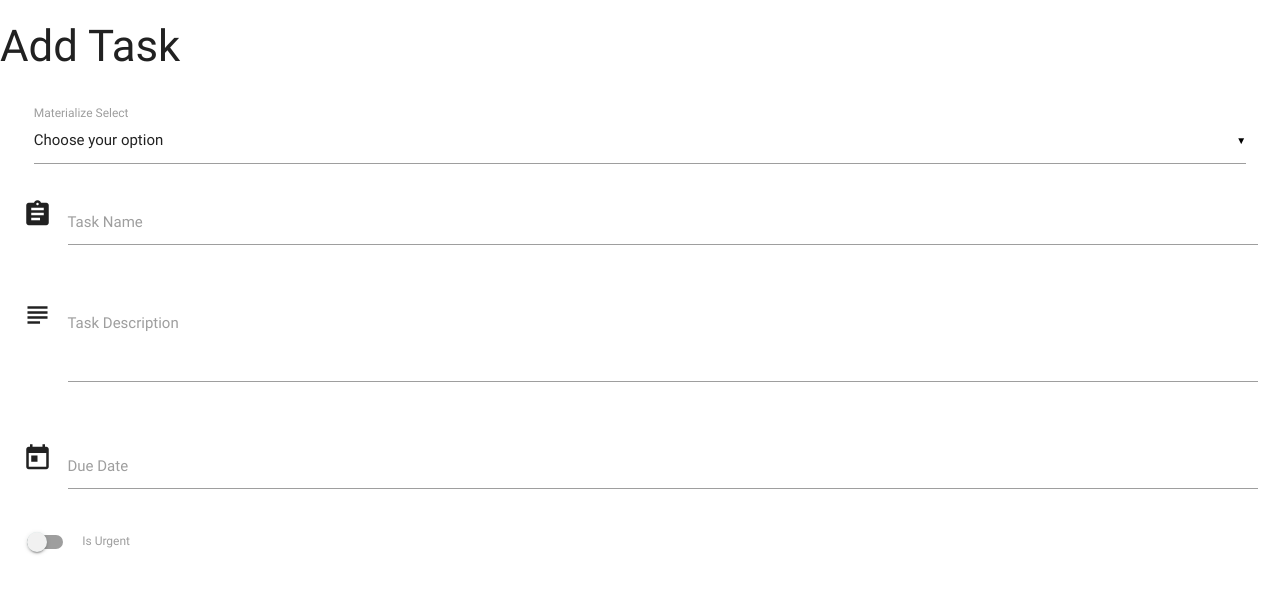
Repository: DanielJMaia/task-manager-minip
Page: http://localhost/add_task
The author's editor kept a record of every edit. The page is drawn from the files as they stood at one moment, then again after the next edit.
The browser window is 1280 px wide. The pictures show the whole page.
Some web libraries are served in a nearby version. The page is served by the project's application, run on Flask 3 (app.py).

Above is the page before.

### templates/addtask.html
{% extends 'base.html' %} {% block content %}
<h3>Add Task</h3>
<div class="row">
    <form action="" method="POST" class="col s12">
        <div class="row">
            <div class="row">
                <div class="input-field col s12">
                    <div class="input-field col s12">
    <select>
      <option value="" disabled selected>Choose your option</option>
      <option value="1">Option 1</option>
      <option value="2">Option 2</option>
      <option value="3">Option 3</option>
    </select>
    <label>Materialize Select</label>
        </div>
            </div>
            <div class="input-field col s12">
                <i class="material-icons prefix">assignment</i>
                <input id="task_name" name="task_name" type="text">
                <label for="icon_prefix">Task Name</label>
            </div>
        </div>
        <div class="row">
            <div class="input-field col s12">
                <i class="material-icons prefix">subject</i>
                <textarea name="task_description" id="task_description" class="materialize-textarea"></textarea>
                <label for="icon_telephone">Task Description</label>
            </div>
        </div>
        <div class="row">
            <div class="input-field col s12" id="matfix">
                <i class="material-icons prefix">today</i>
                <input id="due_date" name="due_date" type="text" class="datepicker">
                <label for="icon_prefix">Due Date</label>
            </div>
        </div>
        <div class="row">
            <div class="switch">
                <label>
                  <input id="is_urgent" name="is_urgent" type="checkbox">
                  <span class="lever"></span>
                  Is Urgent
                </label>
            </div>
        </div>
    </form>
</div>

{% endblock %}

### templates/base.html
<!DOCTYPE html>
<html>

<head>
    <link href="https://fonts.googleapis.com/icon?family=Material+Icons" rel="stylesheet">
    <link rel="stylesheet" href="https://cdnjs.cloudflare.com/ajax/libs/materialize/0.100.2/css/materialize.min.css">
</head>

<body>
    {% block content %} {% endblock %}

    <script src="https://cdnjs.cloudflare.com/ajax/libs/jquery/3.2.1/jquery.min.js"></script>
    <script src="https://cdnjs.cloudflare.com/ajax/libs/materialize/0.100.2/js/materialize.min.js"></script>
    <script type="text/javascript">
        $(document).ready(function() {
            $('.collapsible').collapsible();
            $('select').material_select();
        });
        $('.datepicker').pickadate({
            selectMonths: true, // Creates a dropdown to control month
            selectYears: 15, // Creates a dropdown of 15 years to control year,
            today: 'Today',
            clear: 'Clear',
            close: 'Ok',
            closeOnSelect: false // Close upon selecting a date,
        });

        document.getElementById("matfix").addEventListener("click", function(e) {
            e.stopPropagation();
        });
    </script>
</body>

</html>

### app.py
import os
from flask import Flask, render_template, redirect, request, url_for
from flask_pymongo import PyMongo
from bson.objectid import ObjectId

app = Flask(__name__)

app.config["MONGO_DBNAME"] = "task_manager"
app.config["MONGO_URI"] = "mongodb+srv://root:r00tUser@myfirstcluster-bgp7f.mongodb.net/task_manager?retryWrites=true&w=majority"

mongo = PyMongo(app)

@app.route("/")
@app.route("/get_tasks")
def get_tasks():
    return render_template("tasks.html", tasks=mongo.db.tasks.find())

@app.route("/add_task")
def add_task():
    return render_template("addtask.html")

if __name__ == "__main__":
    app.run(host=os.environ.get("IP"),
        port=int(os.environ.get("PORT")),
        debug=True)

After the next edit:
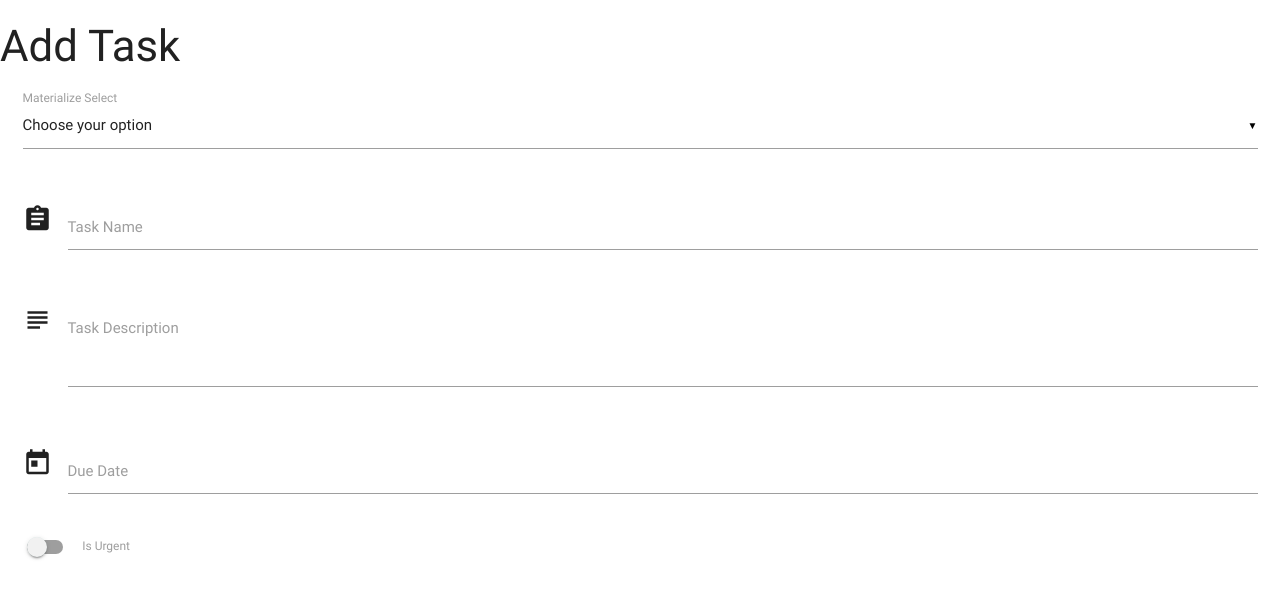
The edit:
--- a/templates/addtask.html
+++ b/templates/addtask.html
@@ -5,15 +5,15 @@
         <div class="row">
             <div class="row">
                 <div class="input-field col s12">
-                    <div class="input-field col s12">
-    <select>
-      <option value="" disabled selected>Choose your option</option>
-      <option value="1">Option 1</option>
-      <option value="2">Option 2</option>
-      <option value="3">Option 3</option>
-    </select>
-    <label>Materialize Select</label>
-        </div>
+
+                    <select>
+                      <option value="" disabled selected>Choose your option</option>
+                      <option value="1">Option 1</option>
+                      <option value="2">Option 2</option>
+                          <option value="3">Option 3</option>
+                        </select>
+                    <label>Materialize Select</label>
+                </div>
             </div>
             <div class="input-field col s12">
                 <i class="material-icons prefix">assignment</i>
